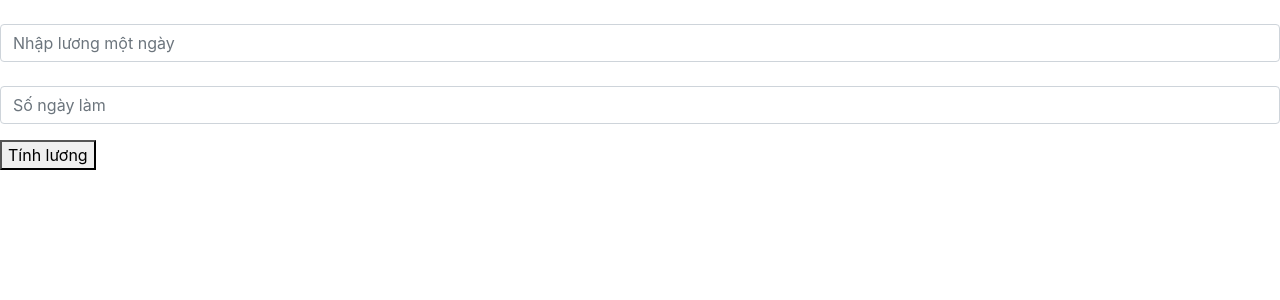
Repository: thanhfrankie/BC10-LeMinhThanh-Js-b2-3
Page: index.html
The author's editor kept a copy of each file at every save. The page is drawn from the files as they stood at one save, then again after the next save.
The browser window is 1280 px wide. The pictures show the whole page.

Above is the page before, as saved 2023-12-15 14:39:37.

### index.html
<!doctype html>
<html lang="en">
  <head>
    <title>Title</title>
    <!-- Required meta tags -->
    <meta charset="utf-8">
    <meta name="viewport" content="width=device-width, initial-scale=1, shrink-to-fit=no">

    <!-- Bootstrap CSS -->
    <link rel="stylesheet" href="https://stackpath.bootstrapcdn.com/bootstrap/4.3.1/css/bootstrap.min.css" integrity="sha384-ggOyR0iXCbMQv3Xipma34MD+dH/1fQ784/j6cY/iJTQUOhcWr7x9JvoRxT2MZw1T" crossorigin="anonymous">
  </head>
  <body>
      <div class="form-group">
        <label for=""></label>
        <input type="number"
          class="form-control" name="" id="" aria-describedby="helpId" placeholder="Nhập lương một ngày">
        <label for=""></label>
        <input type="number"
          class="form-control" name="" id="" aria-describedby="helpId" placeholder="Số ngày làm">
      </div>
      <button >Tính lương</button>
      <h2>  </h2>

    <!-- Optional JavaScript -->
    <!-- jQuery first, then Popper.js, then Bootstrap JS -->
    <script src="https://code.jquery.com/jquery-3.3.1.slim.min.js" integrity="sha384-q8i/X+965DzO0rT7abK41JStQIAqVgRVzpbzo5smXKp4YfRvH+8abtTE1Pi6jizo" crossorigin="anonymous"></script>
    <script src="https://cdnjs.cloudflare.com/ajax/libs/popper.js/1.14.7/umd/popper.min.js" integrity="sha384-UO2eT0CpHqdSJQ6hJty5KVphtPhzWj9WO1clHTMGa3JDZwrnQq4sF86dIHNDz0W1" crossorigin="anonymous"></script>
    <script src="https://stackpath.bootstrapcdn.com/bootstrap/4.3.1/js/bootstrap.min.js" integrity="sha384-JjSmVgyd0p3pXB1rRibZUAYoIIy6OrQ6VrjIEaFf/nJGzIxFDsf4x0xIM+B07jRM" crossorigin="anonymous"></script>
    <script src="./index.js"></script>

  </body>
</html>

Loaded but not shown: index.js (no copy from this time; the picture is the same without it)

After the next save:
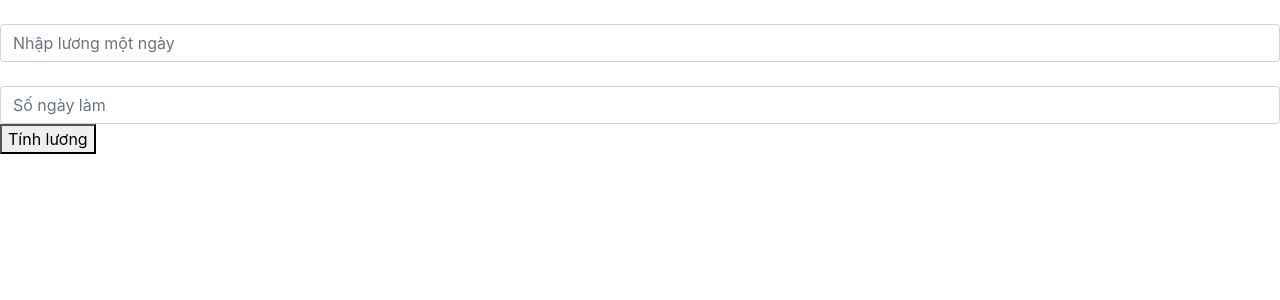
Saved 35 s later.
--- a/index.html
+++ b/index.html
@@ -17,8 +17,8 @@
         <label for=""></label>
         <input type="number"
           class="form-control" name="" id="" aria-describedby="helpId" placeholder="Số ngày làm">
+          <button >Tính lương</button>
       </div>
-      <button >Tính lương</button>
       <h2>  </h2>
 
     <!-- Optional JavaScript -->
